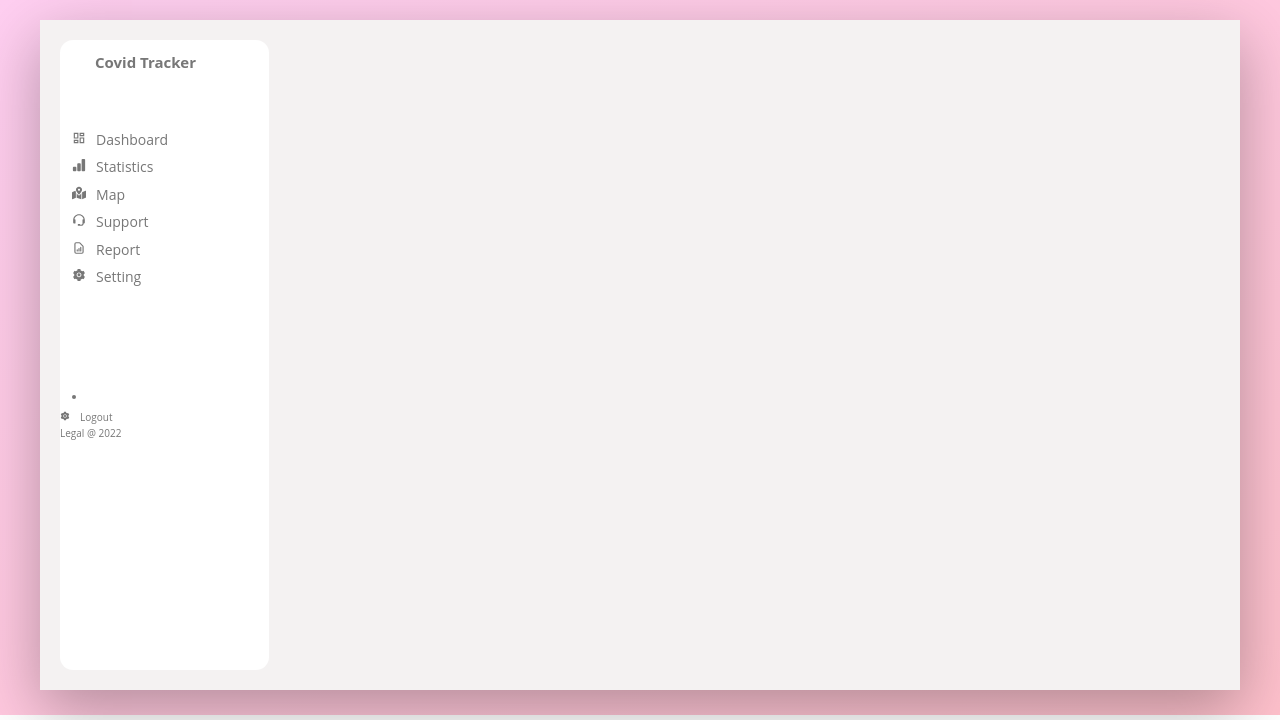
Repository: okidijimmy200/CovidAdminTracker
Page: /
The author's editor kept a copy of each file at every save. The page is drawn from the files as they stood at one save, then again after the next save.
The browser window is 1280 px wide. The pictures show the whole page.
The project was rebuilt for these pictures with package versions that can differ from the ones it lists, and the page was loaded fresh each time.

Above is the page before, as saved 2022-06-16 11:59:54.

### public/index.html
<!DOCTYPE html>
<html lang="en">
  <head>
    <meta charset="utf-8" />
    <link rel="icon" href="%PUBLIC_URL%/favicon.ico" />
    <meta name="viewport" content="width=device-width, initial-scale=1" />
    <meta name="theme-color" content="#000000" />
    <meta
      name="description"
      content="Web site created using create-react-app"
    />
    <link rel="apple-touch-icon" href="%PUBLIC_URL%/logo192.png" />
    <!--
      manifest.json provides metadata used when your web app is installed on a
      user's mobile device or desktop. See https://developers.google.com/web/fundamentals/web-app-manifest/
    -->
    <link rel="manifest" href="%PUBLIC_URL%/manifest.json" />
    <!--
      Notice the use of %PUBLIC_URL% in the tags above.
      It will be replaced with the URL of the `public` folder during the build.
      Only files inside the `public` folder can be referenced from the HTML.

      Unlike "/favicon.ico" or "favicon.ico", "%PUBLIC_URL%/favicon.ico" will
      work correctly both with client-side routing and a non-root public URL.
      Learn how to configure a non-root public URL by running `npm run build`.
    -->
    <title>Covid Admin Tracker</title>
  </head>
  <body>
    <noscript>You need to enable JavaScript to run this app.</noscript>
    <div id="root"></div>
    <!--
      This HTML file is a template.
      If you open it directly in the browser, you will see an empty page.

      You can add webfonts, meta tags, or analytics to this file.
      The build step will place the bundled scripts into the <body> tag.

      To begin the development, run `npm start` or `yarn start`.
      To create a production bundle, use `npm run build` or `yarn build`.
    -->
  </body>
</html>

### src/index.scss
:root {
  --color-primary:#eb2f64;
  --color-primary-light:#ffcff1;
  --color-primary-dark:#ffc1cc;
  --color-grey-light-1: #faf9f9;
  --color-grey-light-2: #f4f2f2;
  --color-grey-light-3: #f0eeee;
  --color-grey-light-4: #ccc;
  --color-grey-dark-1: #333;
  --color-grey-dark-2: #777;
  --color-grey-dark-3: #999;

  // creating variable for box
  --shadow-dark: 0 2rem 6rem rgba(0, 0, 0, 0.3);

  --shadow-light: 0 2rem 5rem rgba(0,0,0,.06);
}


* {
  margin: 0;
  padding: 0;
}
*,
*::before,
*::after {
  box-sizing: inherit;
}

html {
  box-sizing: border-box;
  font-size: 62.5%;

}

body {
  font-family: 'Open Sans', sans-serif;
  font-weight: 400;
  line-height: 1.6;
  color: var(--color-grey-dark-2);
  background-image: linear-gradient(to right bottom, var(--color-primary-light), var(--color-primary-dark));
  background-size: cover;
  background-repeat: no-repeat;
  min-height: 96.5vh;
}

### src/App.tsx
import React from 'react';
import Sidebar from './sidebar/sidebar';
import Content from './core/content';
import './App.scss';

function App() {
  return (
    <div data-testid='container' className="container">
      <div className="content">
      <Sidebar />
      <Content />
      </div>

    </div>
  );
}

export default App;

### src/sidebar/sidebar.tsx
import React from 'react'
import {MdOutlineDashboard  } from 'react-icons/md'
import { BsFillBarChartFill } from 'react-icons/bs'
import { FaMapMarkedAlt } from 'react-icons/fa'
import { BiSupport } from 'react-icons/bi'
import { HiOutlineDocumentReport } from 'react-icons/hi'
import { AiFillSetting } from 'react-icons/ai'

import './sidebar.scss'

export default function sidebar() {
  return (
    <>
    <nav className="sidebar">
        <h2 className='title'>Covid Tracker</h2>
        <div className='sidebar-flex'>
            <div>
            <ul className="side-nav">
            <li className="side-nav__item side-nav__item--active">
                <span className='side-nav__icon'><MdOutlineDashboard /></span>
                    <span>Dashboard</span>
            </li>
            <li className="side-nav__item">
                {/* <a href="#" class="side-nav__link"> */}
                    <span className="side-nav__icon">
                        <BsFillBarChartFill />
                        {/* <use xlink:href="img/spritspam#icon-aircraft-take-off"></use> */}
                    </span>
                    <span>Statistics</span>
                {/* </a> */}
            </li>
            <li className="side-nav__item">
                {/* <a href="#" class="side-nav__link"> */}
                    <span className="side-nav__icon">
                        <FaMapMarkedAlt />
                        {/* <use xlink:href="img/sprite.svg#icon-key"></use> */}
                    </span>
                    <span>Map</span>
                {/* </a> */}
            </li>
            <li className="side-nav__item">
                {/* <a href="#" className="side-nav__link"> */}
                    <span className="side-nav__icon">
                        {/* <use xlink:href="img/sprite.svg#icon-map"></use> */}
                        <BiSupport />
                    </span>
                    <span>Support</span>
                {/* </a> */}
            </li>
            <li className="side-nav__item">
                {/* <a href="#" className="side-nav__link"> */}
                    <span className="side-nav__icon">
                        {/* <use xlink:href="img/sprite.svg#icon-map"></use> */}
                        <HiOutlineDocumentReport />
                    </span>
                    <span>Report</span>
                {/* </a> */}
            </li>
            <li className="side-nav__item">
                {/* <a href="#" className="side-nav__link"> */}
                    <span className="side-nav__icon">
                        {/* <use xlink:href="img/sprite.svg#icon-map"></use> */}
                        <AiFillSetting />
                    </span>
                    <span>Setting</span>
                {/* </a> */}
            </li>
        </ul>
            </div>
            <div className='logout'>
            <li className="side-nav__item"></li>
            <span className="side-nav__icon">
                        {/* <use xlink:href="img/sprite.svg#icon-map"></use> */}
                        <AiFillSetting />
                    </span>
                <span>Logout</span>
            </div>

        <div className="legal">
            Legal @ 2022
        </div>
        </div>
    </nav>
</>
  )
}

### src/core/content.tsx
import React from 'react'

import './content.scss'

export default function Content() {
  return (
    <main className="hotel-view">
    </main>
  )
}

### src/App.scss
.container {
  max-width: 120rem;
  // centering in the view port
  margin: 2rem auto;
  background-color: var(--color-grey-light-2);
  // box-shadow:;
  box-shadow: var(--shadow-dark);

  // min height for testing
  // min-height: 60rem;

}

.content {
  display: flex;
  min-height: 93vh;
  padding: 2rem;
}

### src/sidebar/sidebar.scss

.sidebar {
    // styling the sidebar
    background-color: #fff;
    // flex property to define width, grow 0, shrink 0
    flex: 0 0 18%;
    // to create alot of space in the container for legal text
    border-radius: 1.3rem;
}

.side-nav {
    // adding font size
    font-size: 1.4rem;
    list-style: none;
    margin-top: 3.5rem;

   &__item {
       // parent element set to relative to element the hover effect
       position: relative;
       cursor: pointer;
       margin-left: 1.2rem;

       // to create space btn the items
       &:not(:last-child) {
           margin-bottom: .5rem;
       }
   }

   // this shd be visible only when we hover the item
   &__item:hover::before,
   // to make one of the li items initially highlighted
   &__item--active::before {
       width: 100%;
   }

   // to show the item as selected
   &__item:active::before {
       background-color: #fff;
   }


   &__link:link,
   &__link:visited {
    //    color: var(--color-grey-light-1);
       text-decoration: none;
       text-transform: uppercase;
       display: inline-block;
       padding: 1.5rem 3rem;
       // z-index only works with positioning
       position: relative;
       z-index: 10;
       // to align items in straight line
       display: flex;
       align-items: center;
   }

   &__icon {
       // reduce size of icons
       width: 1.75rem;
       height: 1.75rem;
       margin-right: 1rem;
       // current color is the color of the current element
       fill:currentColor;
   }
}
.logout {
    margin-top: 10rem;
}
.sidebar-flex {
    display: flex;
    flex-direction: column;
    height: 45rem;
}
.title {
    padding: 1rem 2rem 2rem 3.5rem;
}

### src/core/content.scss
.hotel-view {
    // background-color: #fff;
    // to make the hotel-view cover up the remaining space
    flex: 1;
    margin-left: 2rem;
}

Loaded but not shown: src/index.tsx (common file); src/reportWebVitals.ts (common file)

After the next save:
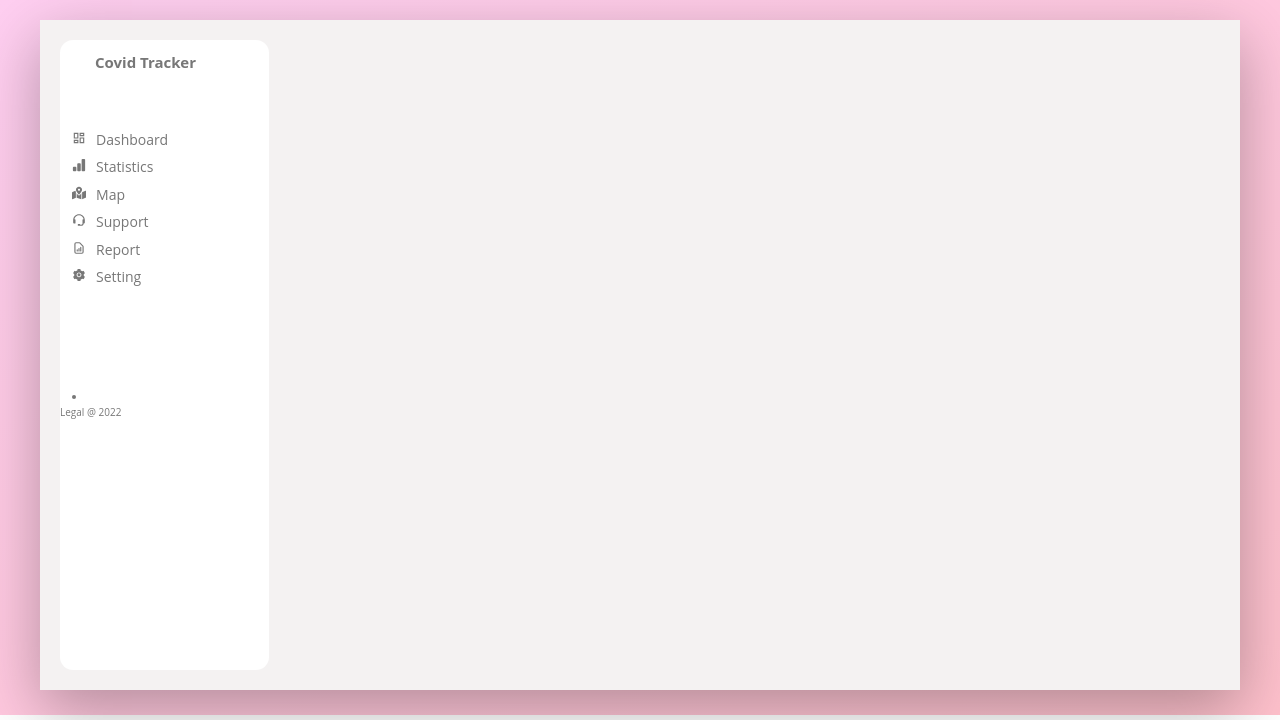
Saved 7 s later.
--- a/src/sidebar/sidebar.tsx
+++ b/src/sidebar/sidebar.tsx
@@ -69,11 +69,7 @@ export default function sidebar() {
             </div>
             <div className='logout'>
             <li className="side-nav__item"></li>
-            <span className="side-nav__icon">
-                        {/* <use xlink:href="img/sprite.svg#icon-map"></use> */}
-                        <AiFillSetting />
-                    </span>
-                <span>Logout</span>
+
             </div>
 
         <div className="legal">
